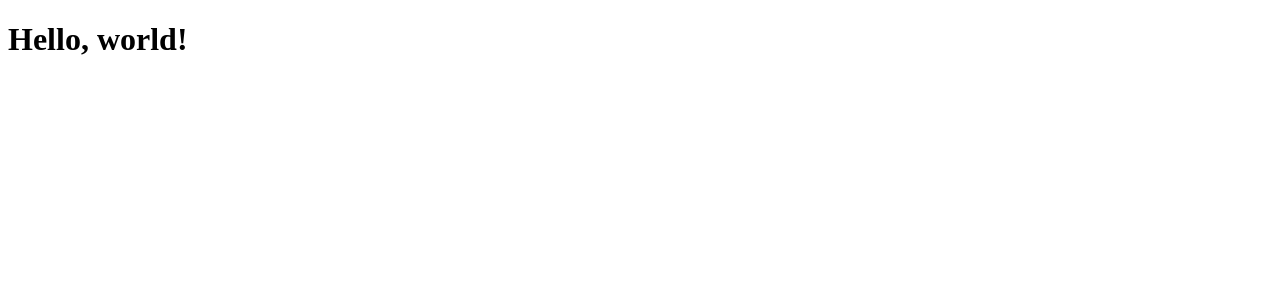
Repository: zSakare/AuctionApplication
Page: http://localhost/Amazezon/
The author's editor kept a copy of each file at every save. The page is drawn from the files as they stood at one save, then again after the next save.
The browser window is 1280 px wide. The pictures show the whole page.
The page is served by Tomcat 9.

Above is the page before, as saved 2013-09-17 09:14:00.

After the next save:
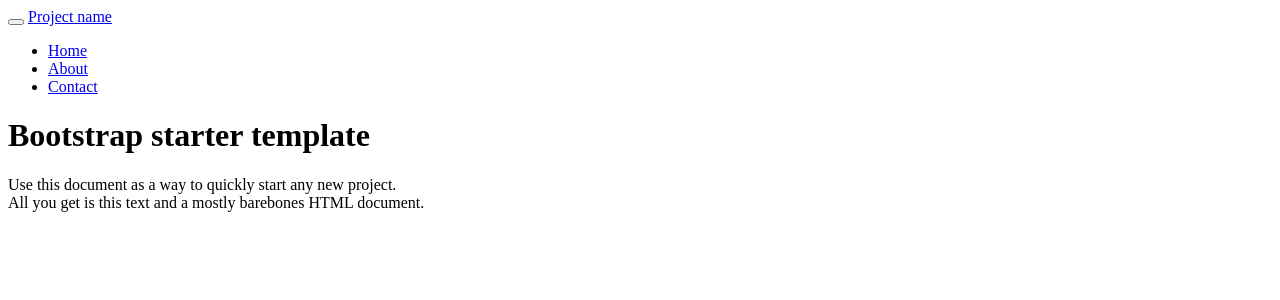
Saved 2 min 34 s later.
--- a/Amazezon/WebContent/index.jsp
+++ b/Amazezon/WebContent/index.jsp
@@ -10,7 +10,33 @@
 
 </head>
 <body>
-    <h1>Hello, world!</h1>
+	<div class="navbar navbar-inverse navbar-fixed-top">
+	  <div class="container">
+	    <div class="navbar-header">
+	      <button type="button" class="navbar-toggle" data-toggle="collapse" data-target=".navbar-collapse">
+	        <span class="icon-bar"></span>
+	        <span class="icon-bar"></span>
+	        <span class="icon-bar"></span>
+	      </button>
+	      <a class="navbar-brand" href="#">Project name</a>
+	    </div>
+	    <div class="collapse navbar-collapse">
+	      <ul class="nav navbar-nav">
+	        <li class="active"><a href="#">Home</a></li>
+	        <li><a href="#about">About</a></li>
+	        <li><a href="#contact">Contact</a></li>
+	      </ul>
+	    </div><!--/.nav-collapse -->
+	  </div>
+	</div>
+
+	<div class="container">
+
+	  <div class="starter-template">
+	    <h1>Bootstrap starter template</h1>
+	    <p class="lead">Use this document as a way to quickly start any new project.<br> All you get is this text and a mostly barebones HTML document.</p>
+	  </div>
+	</div><!-- /.container -->
 
     <!-- jQuery (necessary for Bootstrap's JavaScript plugins) -->
     <script src="//code.jquery.com/jquery.js"></script>
